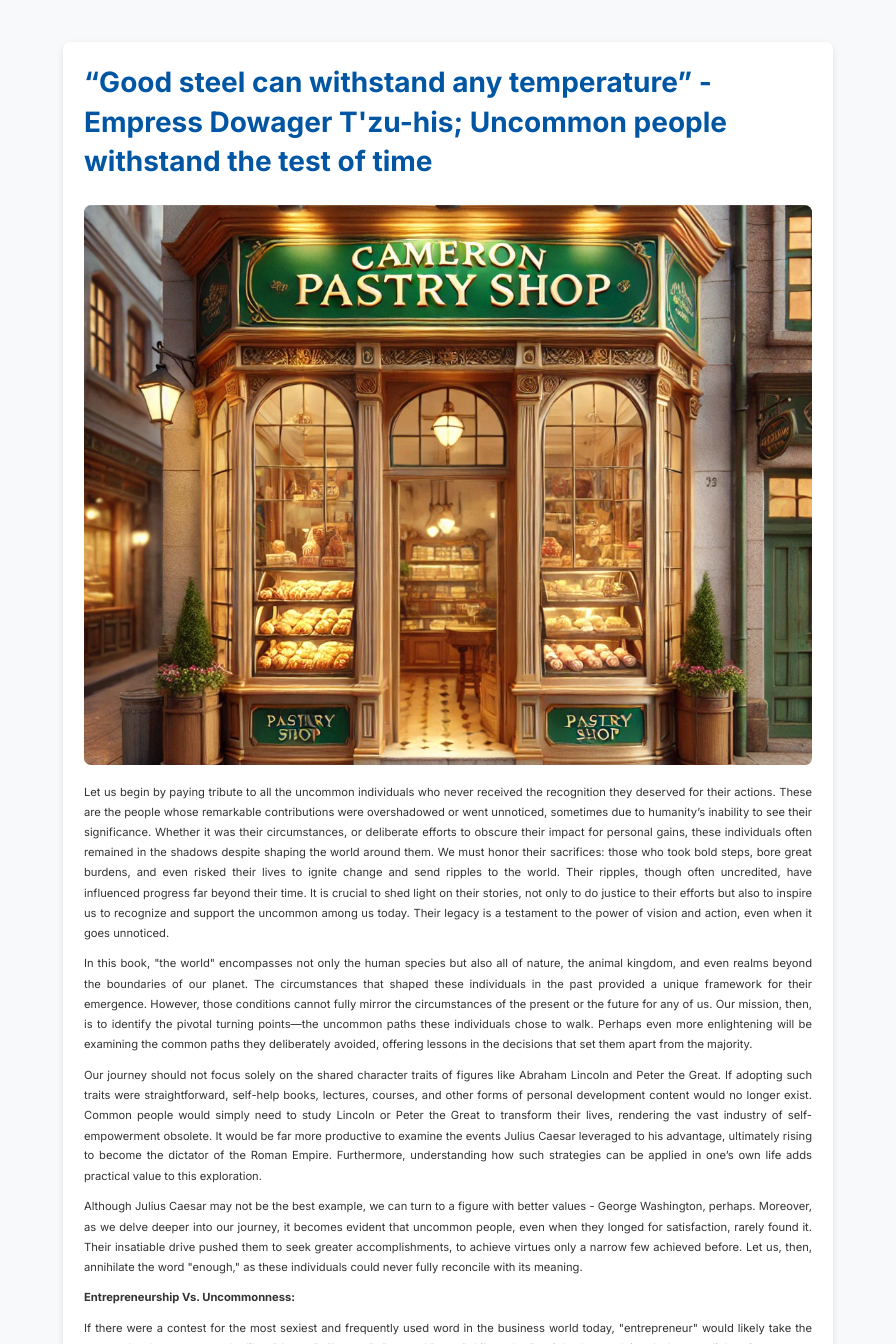
Repository: AvivGranot/Uncommon-Website
Page: Assets/Posts/post2.html
An editor plug-in stored every save of this project. The page is shown before and after the next save, followed by the edit.
The browser window is 1280 px wide. The pictures show the part of the page from y = 0 to 1920 px (the page is 3048 px tall before and 2948 px after), at 70% of full size.

Above is the page before, as saved 2025-01-10 00:01:07.

After the next save:
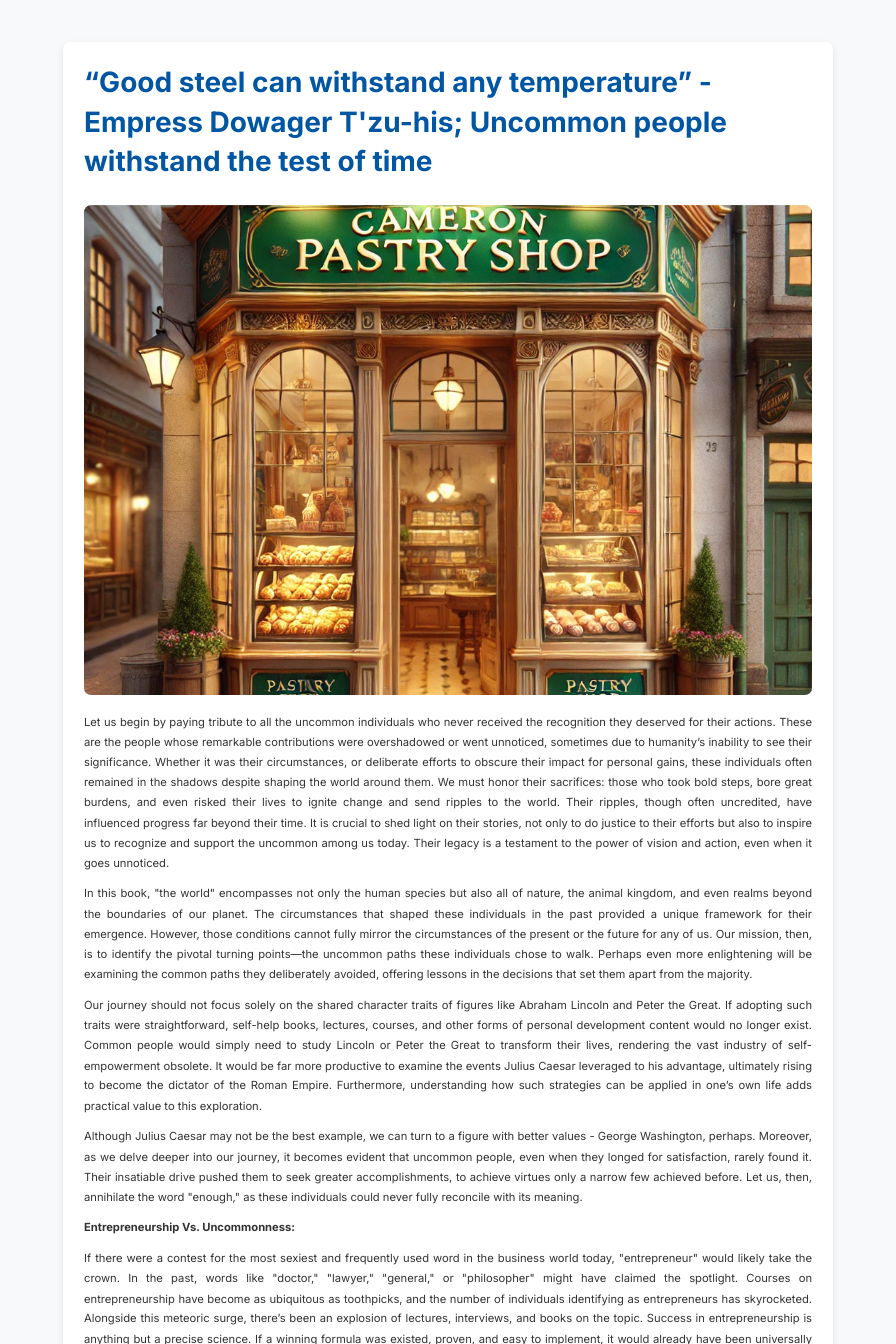
Saved 23 s later.
--- a/Assets/Posts/post2.html
+++ b/Assets/Posts/post2.html
@@ -45,7 +45,7 @@
         .image {
     width: 100%; /* Ensure it takes full width of the container */
     max-width: 1200px; /* Increase the maximum width for a wider appearance */
-    max-height: 800px; /* Adjust the height limit as needed */
+    max-height: 700px; /* Adjust the height limit as needed */
     object-fit: cover; /* Ensures the image maintains its aspect ratio */
     border-radius: 10px;
     margin: 15px 0;
